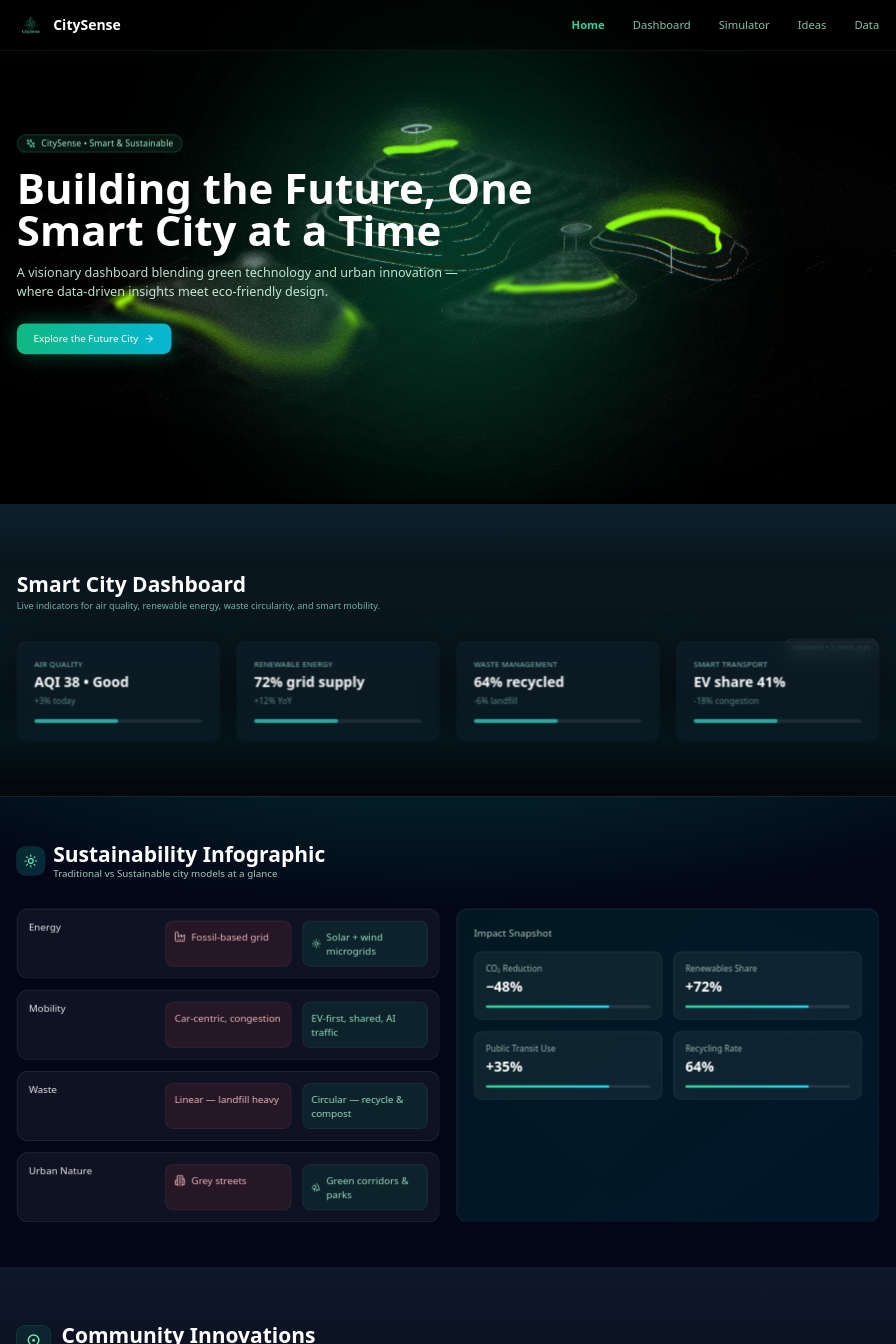
Repository: crashyet/CitySense
Page: /
These files come from the project's save history. The page is drawn as it stood at one moment and after the next save; the edit follows.
The browser window is 1280 px wide. The pictures show the part of the page from y = 0 to 1920 px (the page is 2586 px tall), at 70% of full size.
The project was rebuilt for these pictures with package versions that can differ from the ones it lists, and the page was loaded fresh each time. Also part of the build but not shown: vite.config.js, src/components/EnergyPieChart.jsx, src/components/TrafficCongestionChart.jsx, src/components/WeeklyAQIChart.jsx, src/pages/Dashboardpack/index.jsx, src/pages/Simulator/index.jsx, src/pages/Ideas/index.jsx, src/pages/Data/index.jsx.

Above is the page before, as saved 2025-11-18 19:48:41.

After the next save:
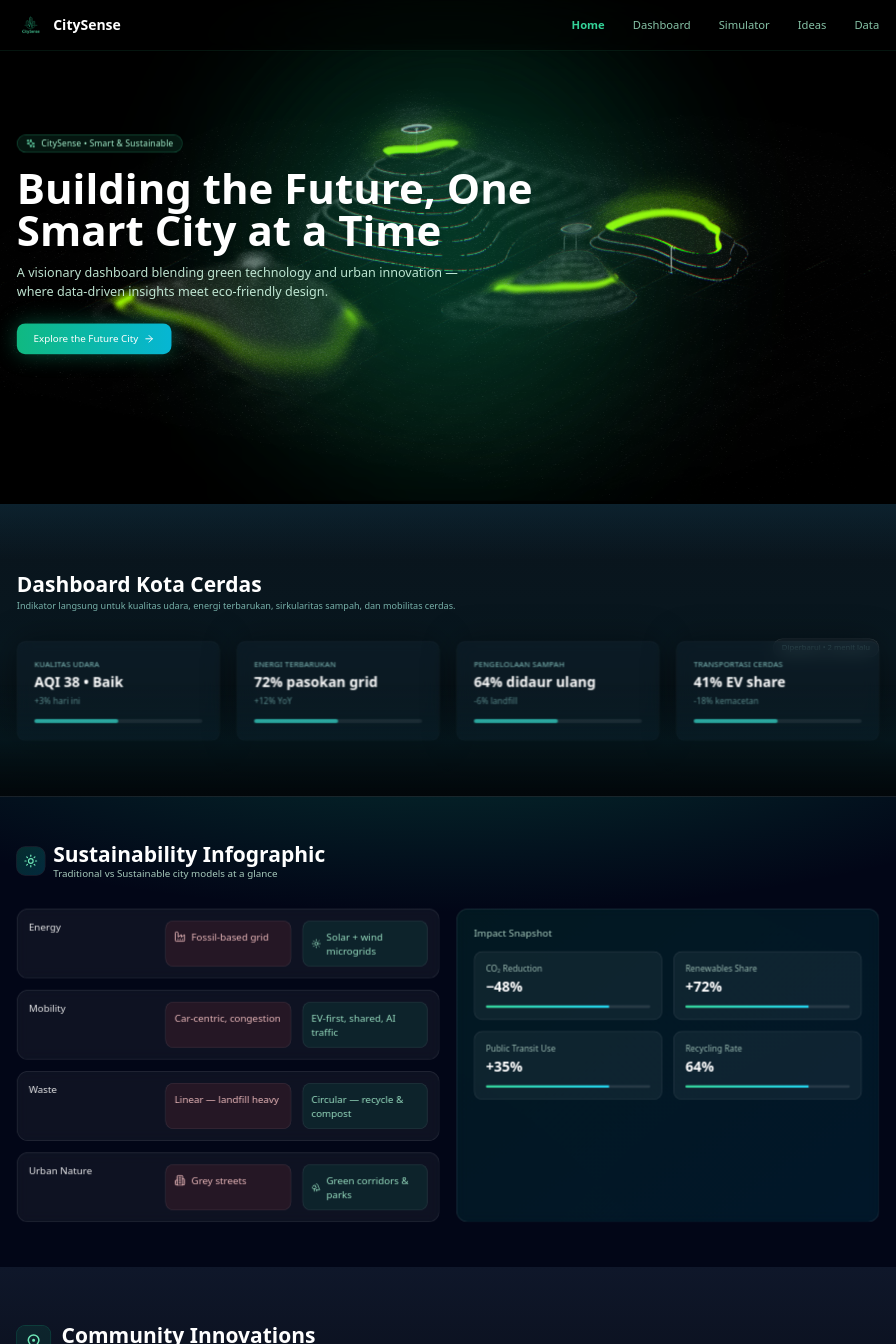
Saved 10 s later.
--- a/src/pages/landing/DashboardPreview.jsx
+++ b/src/pages/landing/DashboardPreview.jsx
@@ -1,26 +1,25 @@
 import React from "react";
-
 
 const stats = [
   {
-    title: "AIR QUALITY",
-    value: "AQI 38 • Good",
-    sub: "+3% today",
+    title: "KUALITAS UDARA",
+    value: "AQI 38 • Baik",
+    sub: "+3% hari ini",
   },
   {
-    title: "RENEWABLE ENERGY",
-    value: "72% grid supply",
+    title: "ENERGI TERBARUKAN",
+    value: "72% pasokan grid",
     sub: "+12% YoY",
   },
   {
-    title: "WASTE MANAGEMENT",
-    value: "64% recycled",
+    title: "PENGELOLAAN SAMPAH",
+    value: "64% didaur ulang",
     sub: "-6% landfill",
   },
   {
-    title: "SMART TRANSPORT",
-    value: "EV share 41%",
-    sub: "-18% congestion",
+    title: "TRANSPORTASI CERDAS",
+    value: "41% EV share",
+    sub: "-18% kemacetan",
   },
 ];
 
@@ -31,27 +30,28 @@ export default function DashboardPreview() {
         relative w-full
         pt-24 pb-20
         bg-gradient-to-b
-        from-[#0A141C]   /* Biru gelap bagian atas */
-        via-[#08171F]   /* Navy lembut */
-        to-[#050A0C]    /* Hitam kebiruan bagian bawah */
+        from-[#0A141C]
+        via-[#08171F]
+        to-[#050A0C]
         text-white
       "
     >
 
-      {/* GRADIENT ATAS — halus */}
-      <div className="absolute top-0 left-0 w-full h-40 bg-gradient-to-b from-[#114055]/30 via-transparent to-transparent pointer-events-none">
-      </div>
+      {/* GRADIENT ATAS */}
+      <div className="absolute top-0 left-0 w-full h-40 bg-gradient-to-b from-[#114055]/30 via-transparent to-transparent pointer-events-none"></div>
 
       <div className="mx-auto max-w-7xl px-6 relative">
 
-        {/* Title & Subtitle */}
-        <h2 className="text-3xl font-semibold">Smart City Dashboard
+        {/* Judul & Subjudul */}
+        <h2 className="text-3xl font-semibold">
+          Dashboard Kota Cerdas
         </h2>
+
         <p className="text-[13px] text-[#A8F3E6]/70 mt-1">
-          Live indicators for air quality, renewable energy, waste circularity, and smart mobility.
+          Indikator langsung untuk kualitas udara, energi terbarukan, sirkularitas sampah, dan mobilitas cerdas.
         </p>
 
-        {/* Badge */}
+        {/* Badge Waktu Update */}
         <span
           className="
             absolute right-6 top-24
@@ -60,10 +60,10 @@ export default function DashboardPreview() {
             px-3 py-1 rounded-full
           "
         >
-          Updated • 2 mins ago
+          Diperbarui • 2 menit lalu
         </span>
 
-        {/* Stats Grid */}
+        {/* GRID STATISTIK */}
         <div className="grid grid-cols-1 sm:grid-cols-2 lg:grid-cols-4 gap-6 mt-10">
 
           {stats.map((item, idx) => (
@@ -71,7 +71,7 @@ export default function DashboardPreview() {
               key={idx}
               className="
                 rounded-xl p-6
-                bg-[rgba(16,32,42,0.55)]     /* 🔵 NAVY TRANSLUCENT — mirip screenshot */
+                bg-[rgba(16,32,42,0.55)]
                 border border-white/5
                 backdrop-blur-md
                 shadow-[0_0_50px_rgba(0,0,0,0.4)]
@@ -103,7 +103,7 @@ export default function DashboardPreview() {
         </div>
       </div>
 
-      {/* GRADIENT BAWAH — BIRU KE HITAM */}
+      {/* GRADIENT BAWAH */}
       <div className="absolute bottom-0 left-0 w-full h-40
         bg-gradient-to-b from-transparent via-[#05212A]/40 to-[#02070A] pointer-events-none">
       </div>
